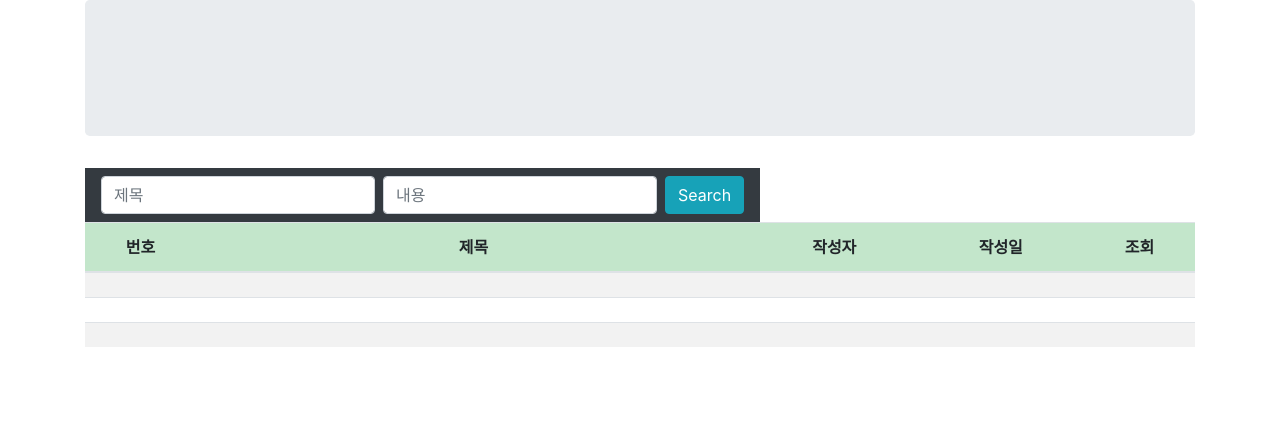
Repository: arongss/java
Page: springweb/src/main/webapp/a02_vue/a02_directive.html
The author's editor kept a copy of each file at every save. The page is drawn from the files as they stood at one save, then again after the next save.
The browser window is 1280 px wide. The pictures show the whole page.

Above is the page before, as saved 2023-02-01 07:23:46.

### springweb/src/main/webapp/a02_vue/a02_directive.html
<!DOCTYPE html>
<html>
<head>
<meta charset="UTF-8">
<title>Insert title here</title>
<link rel="stylesheet" href="/springweb/a00_com/bootstrap.min.css" >
<style>
	td{text-align:center;}
</style>
<script src="https://cdn.jsdelivr.net/npm/vue/dist/vue.js"></script>
<script src="/springweb/a00_com/jquery.min.js"></script>
<script src="/springweb/a00_com/bootstrap.min.js"></script>
<script type="text/javascript">
	$(document).ready(function(){

	});
</script>
</head>
<body>

<div class="container">
	<div class="jumbotron text-center">
	  <h2 ></h2>
	</div>
	<form id="frm01" class="form-inline"  method="post">
  	<nav class="navbar navbar-expand-sm bg-dark navbar-dark">
	    <input class="form-control mr-sm-2" placeholder="제목" />
	    <input class="form-control mr-sm-2" placeholder="내용" />
	    <button class="btn btn-info" type="submit">Search</button>
 	</nav>
	</form>
   <table class="table table-hover table-striped">
   	<col width="10%">
   	<col width="50%">
   	<col width="15%">
   	<col width="15%">
   	<col width="10%">
    <thead>

      <tr class="table-success text-center">
        <th>번호</th>
        <th>제목</th>
        <th>작성자</th>
        <th>작성일</th>
        <th>조회</th>
      </tr>
    </thead>
    <tbody>
    	<tr><td></td><td></td><td></td><td></td><td></td></tr>
    	<tr><td></td><td></td><td></td><td></td><td></td></tr>
    	<tr><td></td><td></td><td></td><td></td><td></td></tr>
    </tbody>
	</table>
</div>
</body>
</html>

Loaded but not shown: springweb/src/main/webapp/a00_com/bootstrap.min.css (library); springweb/src/main/webapp/a00_com/jquery.min.js (library); springweb/src/main/webapp/a00_com/bootstrap.min.js (library)

After the next save:
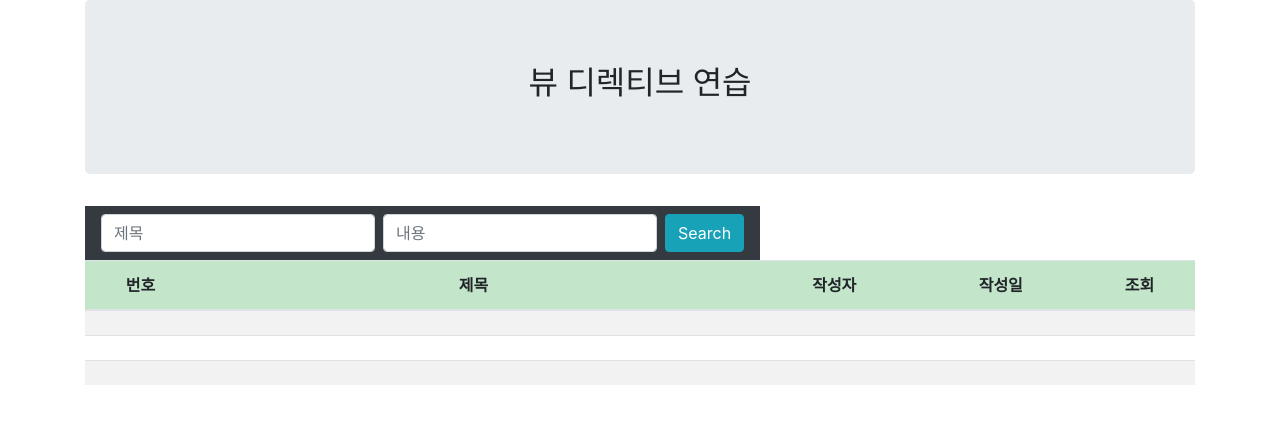
Saved 43 s later.
--- a/springweb/src/main/webapp/a02_vue/a02_directive.html
+++ b/springweb/src/main/webapp/a02_vue/a02_directive.html
@@ -12,7 +12,10 @@
 <script src="/springweb/a00_com/bootstrap.min.js"></script>
 <script type="text/javascript">
 	$(document).ready(function(){
-
+		var vm = new Vue({
+			el:".container",
+			data:{msg:"뷰 디렉티브 연습"}
+		})
 	});
 </script>
 </head>
@@ -20,7 +23,7 @@
 
 <div class="container">
 	<div class="jumbotron text-center">
-	  <h2 ></h2>
+	  <h2 >{{msg}}</h2>
 	</div>
 	<form id="frm01" class="form-inline"  method="post">
   	<nav class="navbar navbar-expand-sm bg-dark navbar-dark">
